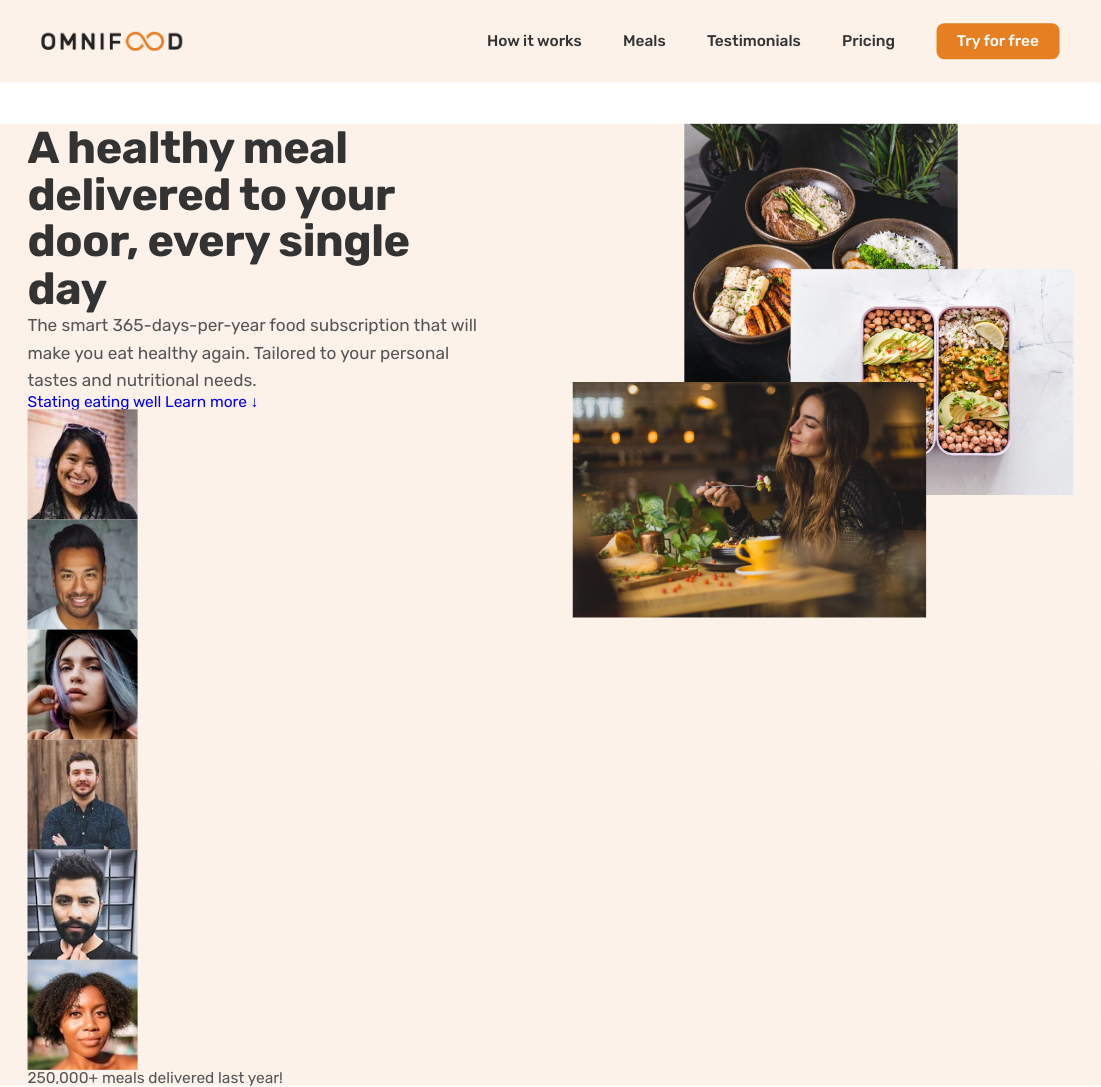
Repository: longvuht/omnifood-vu-nl
Page: index.html
The author's editor kept a copy of each file at every save. The page is drawn from the files as they stood at one save, then again after the next save.
The browser window is 1280 px wide. The pictures show the whole page, at 86% of full size.
The style sheet was rebuilt from its Sass, Less or Tailwind sources for each picture, by a compiler version that may differ from the author's.

Above is the page before, as saved 2022-09-18 17:58:35.

### index.html
<!DOCTYPE html>
<html lang="en">
  <head>
    <meta charset="UTF-8" />
    <meta name="viewport" content="width=device-width, initial-scale=1.0" />
    <link rel="preconnect" href="https://fonts.googleapis.com" />
    <link rel="preconnect" href="https://fonts.gstatic.com" crossorigin />
    <link
      href="https://fonts.googleapis.com/css2?family=Rubik:wght@400;500;600;700&display=swap"
      rel="stylesheet"
    />
    <link rel="stylesheet" href="./css/style.css" />
    <title>Omnifood vu-nl</title>
  </head>
  <body>
    <div class="wrapper">
      <header class="header">
        <div class="header__container">
          <div class="header__logo">
            <a href="#none" class="header__link"
              ><img
                src="./image/omnifood-logo.png"
                alt="logo omnifood-logo"
                class="header__image"
            /></a>
          </div>
          <div class="header__menu">
            <ul class="header__list">
              <li class="header__item">
                <a href="#none" class="header__link">How it works</a>
              </li>
              <li class="header__item">
                <a href="#none" class="header__link">Meals</a>
              </li>
              <li class="header__item">
                <a href="#none" class="header__link">Testimonials</a>
              </li>
              <li class="header__item">
                <a href="#none" class="header__link">Pricing</a>
              </li>
              <li class="header__item">
                <a href="#none" class="header__link">Try for free</a>
              </li>
            </ul>
          </div>
        </div>
      </header>
      <section class="hero">
        <div class="hero__container">
          <div class="hero__info">
            <h1 class="hero__heading">
              A healthy meal delivered to your door, every single day
            </h1>
            <p class="text-lg hero__desc">
              The smart 365-days-per-year food subscription that will make you
              eat healthy again. Tailored to your personal tastes and
              nutritional needs.
            </p>
            <a href="#none" class="button button--primary"
              >Stating eating well</a
            >
            <a href="#none" class="button button--secondary"
              >Learn more &ShortDownArrow;</a
            >
            <div class="hero__meals">
              <div class="hero__meals-customer">
                <img
                  src="./image/customers/customer-1.jpg"
                  alt="customer image"
                  class="hero__meals-image"
                />
                <img
                  src="./image/customers/customer-2.jpg"
                  alt="customer image"
                  class="hero__meals-image"
                />
                <img
                  src="./image/customers/customer-3.jpg"
                  alt="customer image"
                  class="hero__meals-image"
                />
                <img
                  src="./image/customers/customer-4.jpg"
                  alt="customer image"
                  class="hero__meals-image"
                />
                <img
                  src="./image/customers/customer-5.jpg"
                  alt="customer image"
                  class="hero__meals-image"
                />
                <img
                  src="./image/customers/customer-6.jpg"
                  alt="customer image"
                  class="hero__meals-image"
                />
              </div>
              <p class="hero__meals-delivered">
                <span>250,000+</span> meals delivered last year!
              </p>
            </div>
          </div>
          <div class="hero__image">
            <img
              src="./image/hero.png"
              alt="woman enjoying food, meals in strorage container, and food bowls on a table"
            />
          </div>
        </div>
      </section>
    </div>
  </body>
</html>

### sass/app.scss
@import "reset";
@import "variables";
@import "typography";
@import "global";
@import "header";
@import "hero";

### sass/_reset.scss
html {
  box-sizing: border-box;
}
* {
  margin: 0;
  padding: 0;
}
*,
*:before,
*:after {
  box-sizing: border-box;
}
input,
textarea,
select,
button {
  outline: none;
}
input {
  line-height: normal;
}
label,
button {
  cursor: pointer;
}
a {
  text-decoration: none;
}
img {
  display: block;
  max-width: 100%;
}
html {
  font-size: 62.5%;
}

### sass/_variables.scss
$primary-color: #fdf2e9;
$secondary-color: #e67e22;
$heading-color: #333;
$logo-color: #808080;
$text-color: #555;
$font: "Rubik", sans-serif;

### sass/_typography.scss
h1 {
  font-size: 5.2rem;
  font-weight: 700;
  letter-spacing: -0.5px;
  line-height: calc(54.6 / 52);
  color: $heading-color;
}
h2 {
  font-size: 4.4rem;
  font-weight: 700;
  letter-spacing: -0.5px;
  line-height: calc(52.8 / 44);
  color: $heading-color;
}
h3 {
  font-size: 3rem;
  font-weight: 700;
  letter-spacing: -0.5px;
  line-height: calc(36 / 30);
  counter-reset: $heading-color;
}
.text-lg {
  font-size: 2rem;
  line-height: calc(32 / 20);
}

### sass/_global.scss
body {
  font-family: $font;
  font-size: 1.8rem;
  line-height: 1;
  font-weight: 400;
  color: #555;
}
.container {
  max-width: 120rem;
  margin: 0 auto;
}

### sass/_header.scss
.header {
  margin-bottom: 4.8rem;
  &__container {
    padding: 2.7rem 4.8rem;
    background-color: $primary-color;
    display: flex;
    justify-content: space-between;
    align-items: center;
  }
  &__image {
    height: 2.2rem;
  }
  &__list {
    display: flex;
    justify-content: space-between;
    align-items: center;
    gap: 0 4.8rem;
    list-style-type: none;
  }
  &__item {
    &:last-child {
      padding: 1.2rem 2.4rem;
      color: #fff;
      background-color: $secondary-color;
      border-radius: 0.9rem;
      & .header__link {
        color: #fff;
      }
    }
  }
  &__link {
    color: $heading-color;
    font-weight: 500;
  }
}

### sass/_hero.scss
.hero {
  background-color: $primary-color;
  &__container {
    max-width: 130rem;
    margin: 0 auto;
    padding: 0 3.2rem;
    display: flex;
    justify-content: space-between;
    gap: 0 9.6rem;
  }
}

After the next save:
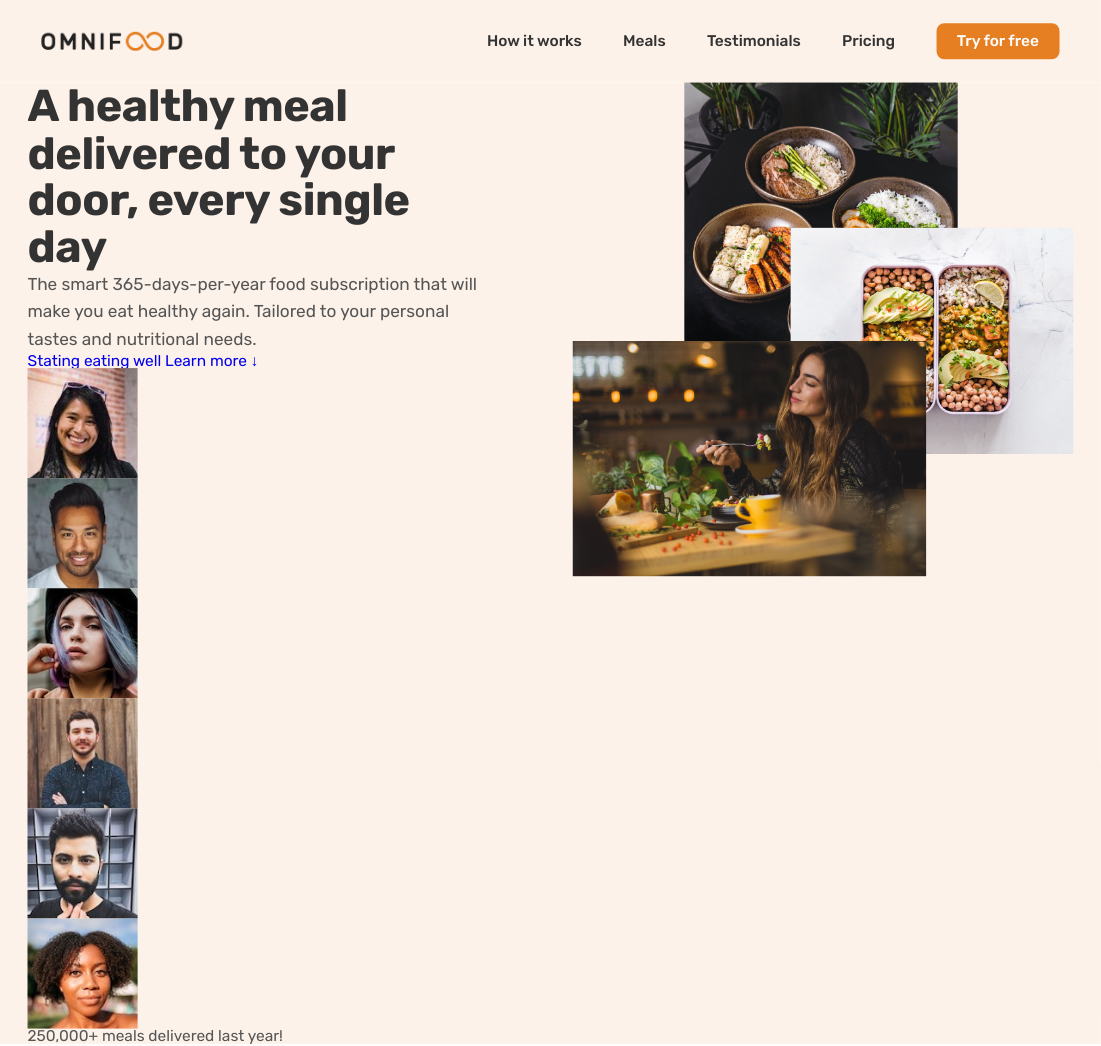
Saved 54 s later.
--- a/sass/_header.scss
+++ b/sass/_header.scss
@@ -1,5 +1,5 @@
 .header {
-  margin-bottom: 4.8rem;
+  // margin-bottom: 4.8rem;
   &__container {
     padding: 2.7rem 4.8rem;
     background-color: $primary-color;

After the save that followed:
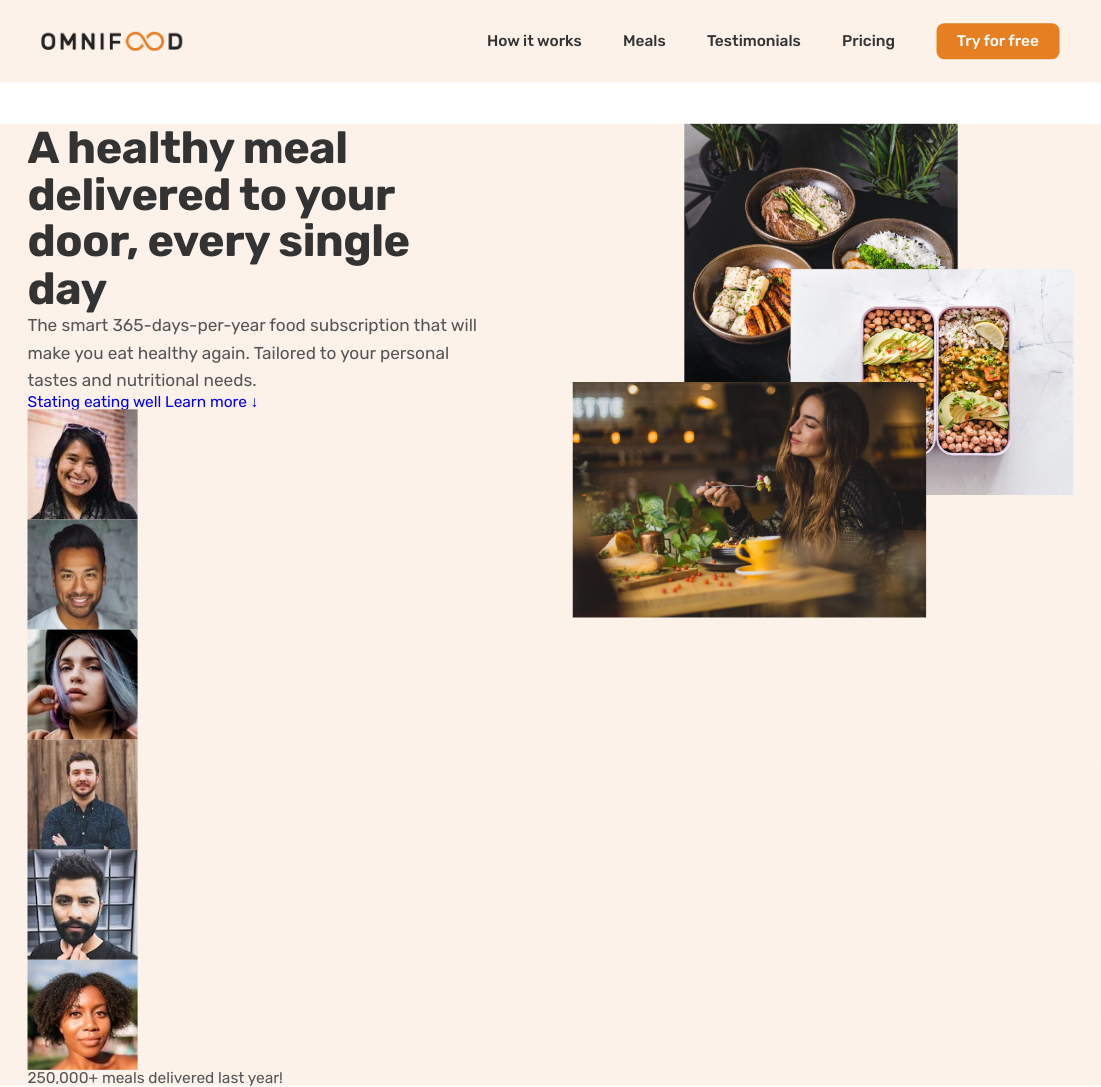
Saved 42 s later.
--- a/sass/_header.scss
+++ b/sass/_header.scss
@@ -1,11 +1,11 @@
 .header {
-  // margin-bottom: 4.8rem;
   &__container {
     padding: 2.7rem 4.8rem;
     background-color: $primary-color;
     display: flex;
     justify-content: space-between;
     align-items: center;
+    margin-bottom: 4.8rem;
   }
   &__image {
     height: 2.2rem;
